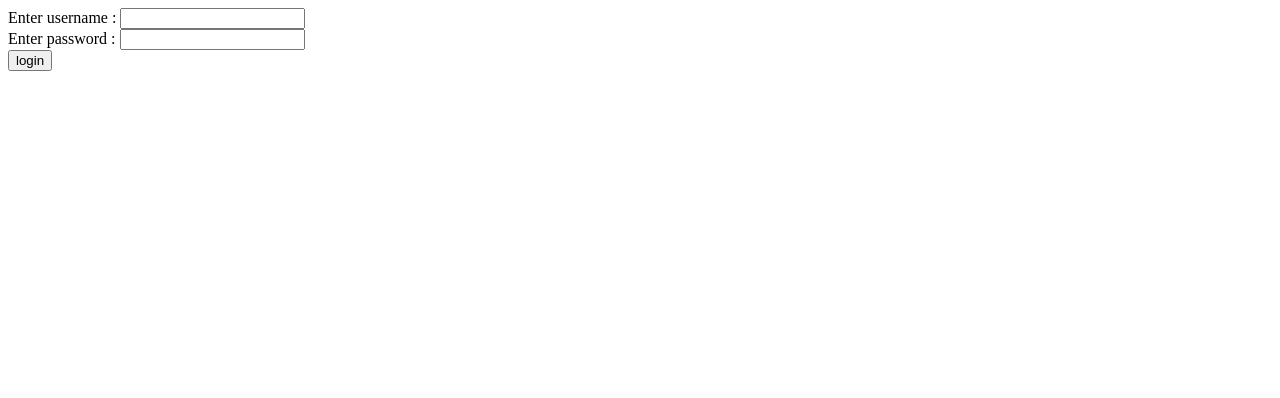
Repository: diazagasatya/NeuralNetwork
Page: http://localhost/FindAFriend/login.jsp
The author's editor kept a copy of each file at every save. The page is drawn from the files as they stood at one save, then again after the next save.
The browser window is 1280 px wide. The pictures show the whole page.
The page is served by Tomcat 9.

Above is the page before, as saved 2017-11-13 23:15:23.

After the next save:
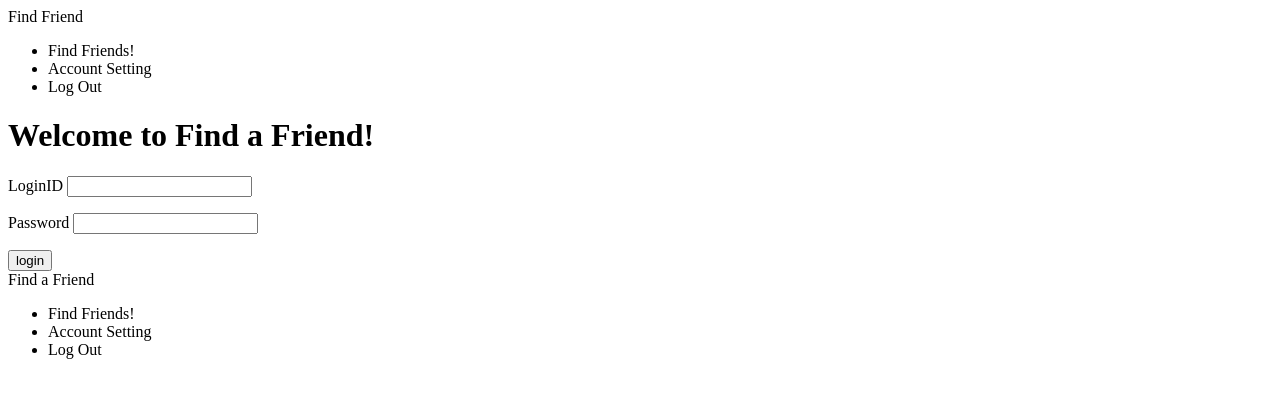
Saved 12 min 40 s later.
--- a/eclipse-workspace/FindAFriend/WebContent/login.jsp
+++ b/eclipse-workspace/FindAFriend/WebContent/login.jsp
@@ -8,11 +8,37 @@
 </head>
 <body>
 
-	<form action="Login">
-		Enter username	: <input type="text" name="uname"><br>
-		Enter password 	: <input type="password" name="pass"><br>
+	<div class="header">
+      <div class="header-logo">Find  Friend</div>
+      <div class="header-list">
+        <ul>
+          <li>Find Friends!</li>
+          <li>Account Setting</li>
+          <li>Log Out</li>
+        </ul>
+      </div>
+    </div>
+
+    <div class="main">
+      <div class="copy-container">
+        <h1>Welcome to Find a Friend<span>!</span></h1>
+        <form action="Login">
+		<p>LoginID <input type ="text" name ="uname"></p>
+		<p>Password <input type ="password" name = "pass"></p>
 		<input type="submit" value="login">
-	</form>
+		</form>
+      </div>
+    </div>
 
+    <div class="footer">
+      <div class="footer-logo">Find a Friend</div>
+      <div class="footer-list">
+        <ul>
+          <li>Find Friends!</li>
+          <li>Account Setting</li>
+          <li>Log Out</li>
+        </ul>
+      </div>
+    </div>
 </body>
 </html>
